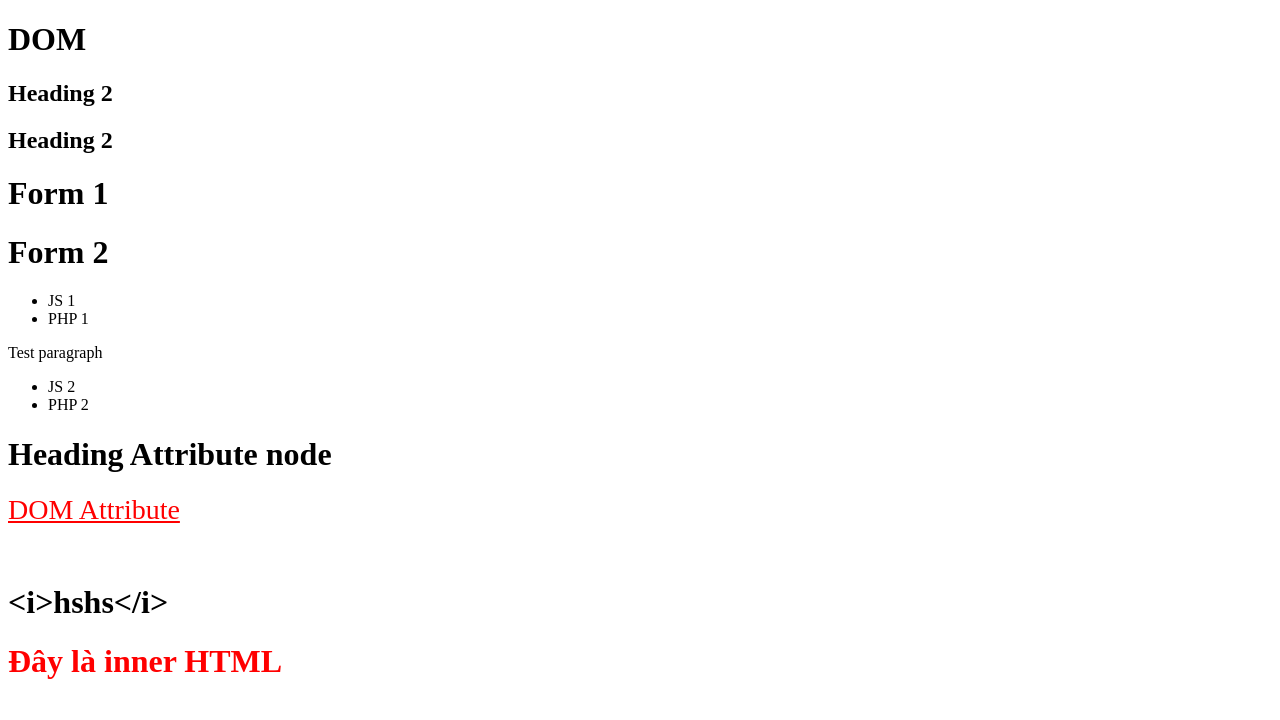
Repository: tannv3201/learn_JS_F8
Page: DOM/index.html
An editor plug-in stored every save of this project. The page is shown before and after the next save, followed by the edit.
The browser window is 1280 px wide. The pictures show the whole page.

Above is the page before, as saved 2022-08-07 09:37:12.

After the next save:
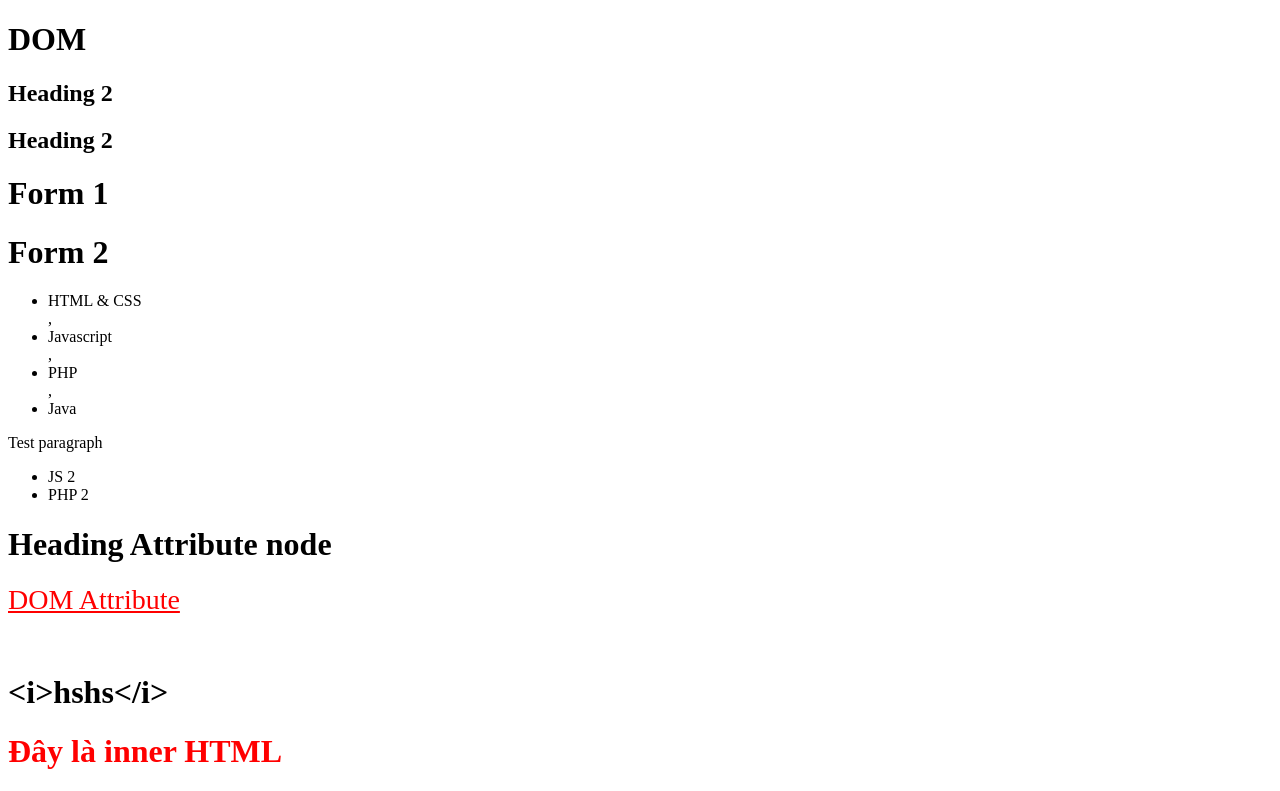
Saved 9 s later.
--- a/DOM/main.js
+++ b/DOM/main.js
@@ -145,7 +145,7 @@ console.log('inner Text: ',headingElement.innerText)
             <li>${item}</li>
             `
         })
-         output.innerHTML = output
+         ul.innerHTML = output
     }
 
     render(coursess)
